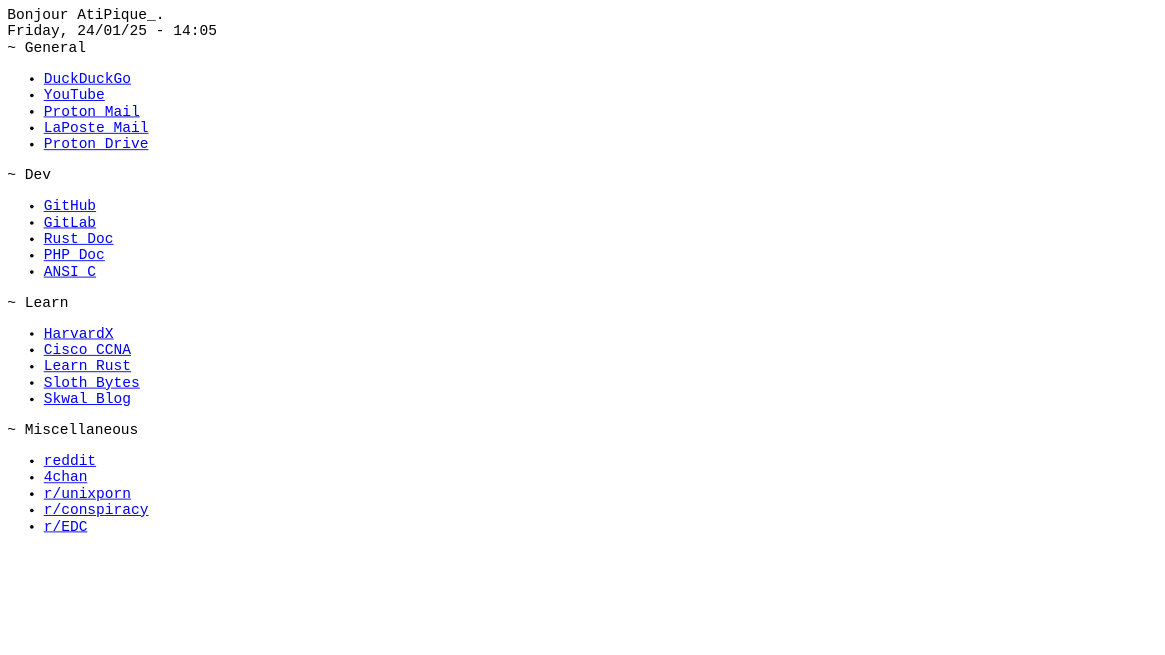
Repository: AtiPiquee/HyprDots
Page: Dev/mystartpage/index.html
The author's editor kept a copy of each file at every save. The page is drawn from the files as they stood at one save, then again after the next save.
The browser window is 1280 px wide. The pictures show the whole page, at 91% of full size.
Some web fonts or font styles are not loaded; a fallback is used.

Above is the page before, as saved 2025-02-14 04:02:52.

### Dev/mystartpage/index.html
<!doctype html>
<html lang="en">
  <head>
    <title>~/startpage 💫</title>
    <meta charset="UTF-8" />
    <meta name="viewport" content="width=device-width, initial-scale=1" />
    <link href="assets/css/style.css" rel="stylesheet"/>
  </head>

  <body class="atipique_">
    <div id="text">
      <div id="greeting">Bonjour AtiPique_.</div>
      <div id="date"></div>

      <div id="urls" class="links">
        <div class="url">
          <div class="header">~ General</div>
          <ul>
            <li><a href="https://duck.com">DuckDuckGo</a></li>
            <li><a href="https://youtube.com">YouTube</a></li>
            <li><a href="https://mail.proton.me/u/2/inbox">Proton Mail</a></li>
            <li><a href="https://web-mail.laposte.net/main.html#welcome">LaPoste Mail</a></li>
            <li><a href="https://drive.proton.me">Proton Drive</a></li>
          </ul>
        </div>
        <div class="url">
          <div class="header">~ Dev</div>
          <ul>
            <li><a href="https://github.com/Fxzzi?tab=repositories">GitHub</a></li>
            <li><a href="https://gitlab.com/dashboard/projects">GitLab</a></li>
            <li><a href="https://doc.rust-lang.org/rust-by-example/index.html">Rust Doc</a></li>
            <li><a href="https://www.php.net/docs.php">PHP Doc</a></li>
            <li><a href="https://venkivasamsetti.github.io/ebookworm.github.io/Books/cse/C%20Programming%20Language%20(2nd%20Edition).pdf">ANSI C</a></li>
          </ul>
        </div>
        <div class="url">
          <div class="header">~ Learn</div>
          <ul>
            <li><a href="https://www.edx.org/school/harvardx">HarvardX</a></li>
            <li><a href="https://www.cisco.com/site/us/en/learn/training-certifications/certifications/enterprise/ccna/index.html#tabs-7edb32179e-item-d43da2dc1e-tab">Cisco CCNA</a></li>
            <li><a href="https://skwalexe.github.io/learn-rust/">Learn Rust</a></li>
            <li><a href="https://slothbytes.beehiiv.com/">Sloth Bytes</a></li>
            <li><a href="https://blog.skwal.net/">Skwal Blog</a></li>
          </ul>
        </div>
        <div class="url">
          <div class="header">~ Miscellaneous</div>
          <ul>
            <li><a href="https://reddit.com/">reddit</a></li>
            <li><a href="https://4chan.org/">4chan</a></li>
            <li><a href="https://reddit.com/r/unixporn/">r/unixporn</a></li>
            <li><a href="https://reddit.com/r/conspiracy/">r/conspiracy</a></li>
            <li><a href="https://reddit.com/r/EDC/">r/EDC</a></li>

          </ul>
        </div>
      </div>

    </div>

  </body>
  <script async src="assets/js/date.js"></script>

</html>

### Dev/mystartpage/assets/css/style.css
@font-face {
    font-family: "SpaceMono Nerd Font";
    font-display: swap;
    src:
      local("SpaceMono Nerd Font"),
      url(../fonts/SpaceMonoNF.woff2) format("woff2"),
      url(../fonts/SpaceMonoNF.woff) format("woff");
  }

body {
    color: var(--text-color);
    font-family:
      SpaceMono Nerd Font,
      monospace;
  }

.urls {
    display: flex;

}

### Dev/mystartpage/assets/js/date.js
const dateElement = document.getElementById("date");

function showTime() {
  const date = new Date();

  const options = {
    weekday: "long",
    hour: "2-digit",
    minute: "2-digit",
    day: "2-digit",
    month: "2-digit",
    year: "2-digit",
  };


  // EN date :


  const formattedDate = date.toLocaleString("en-GB", options);
  const [dayOfWeek, dateStr, time] = formattedDate.split(", ");

  dateElement.innerHTML = `${dayOfWeek}, ${dateStr} - ${time}`;


  // FR date :
  /*
  const formattedDate = date.toLocaleString("fr-FR", options);
  const [dayOfWeek, dateStr, time] = formattedDate.split(" ");

  */

  dateElement.innerHTML = `${dayOfWeek.replace(dayOfWeek[0], dayOfWeek[0].toUpperCase())}, ${dateStr} - ${time}`;

}

setInterval(showTime, 1000);
showTime();

After the next save:
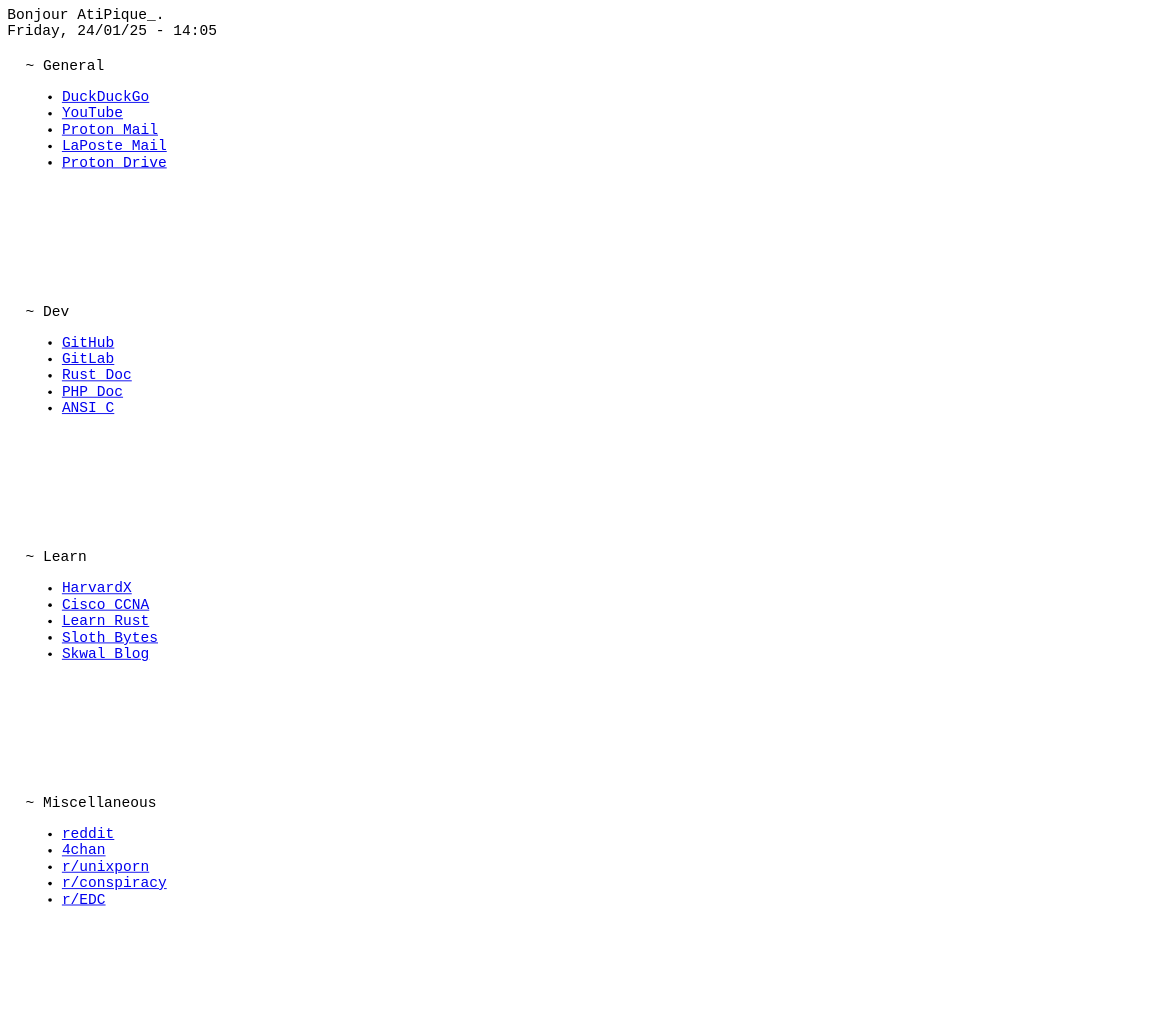
Saved 98 s later.
--- a/Dev/mystartpage/assets/css/style.css
+++ b/Dev/mystartpage/assets/css/style.css
@@ -16,5 +16,14 @@
 
 .urls {
     display: flex;
+    align-items: center;
+    justify-content: center;
+    gap: 10px;
+}
 
+.url {
+    height: 230px;
+    width: 370px;
+    text-align: left;
+    padding: 20px;
 }
